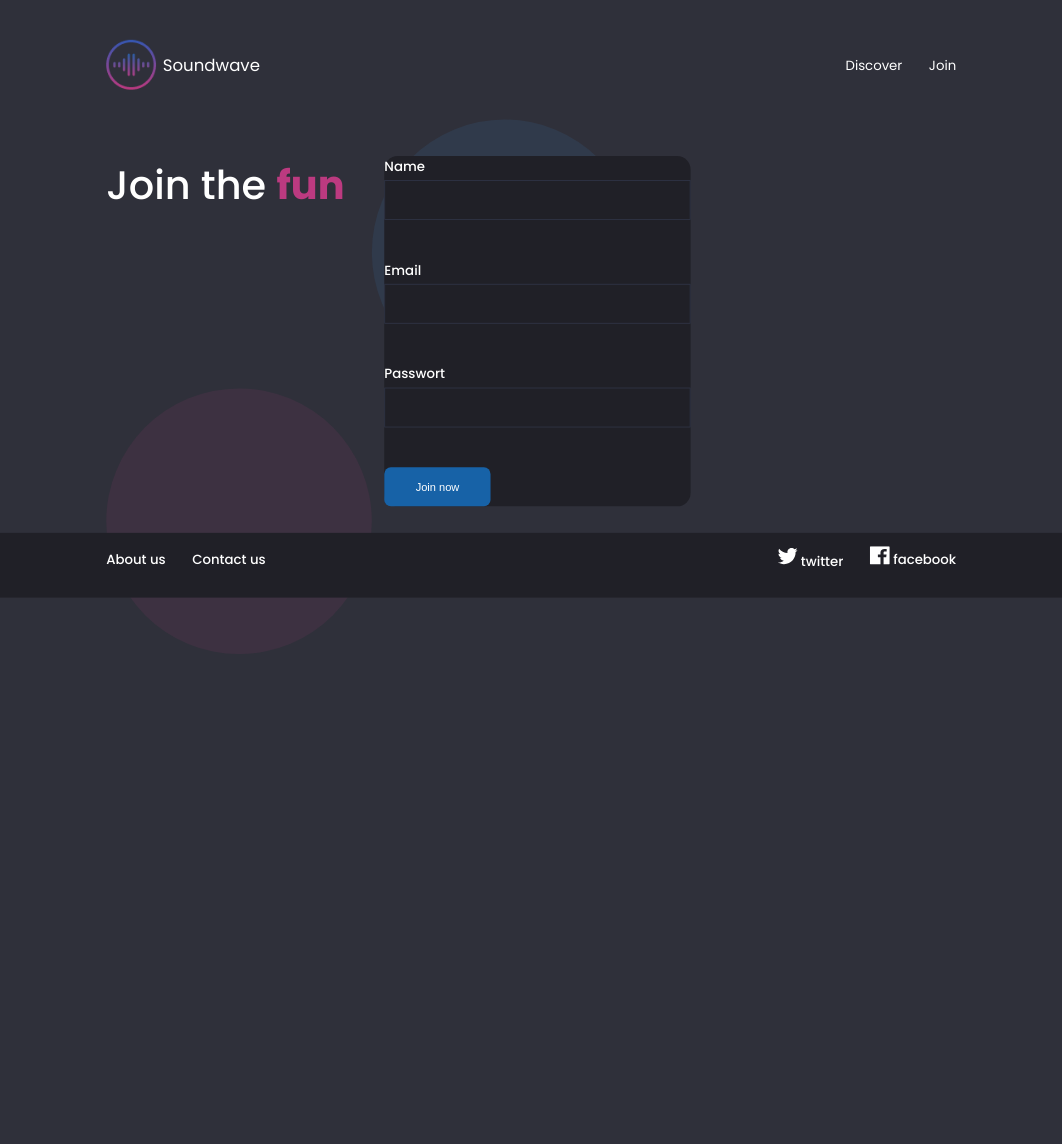
Repository: Hiiiij/soundwave
Page: pages/join.html
The author's editor kept a copy of each file at every save. The page is drawn from the files as they stood at one save, then again after the next save.
The browser window is 1280 px wide. The pictures show the whole page, at 83% of full size.

Above is the page before, as saved 2020-07-03 23:16:44.

### pages/join.html
<!DOCTYPE html>
<html lang="en">
  <head>
    <meta charset="UTF-8" />
    <meta name="viewport" content="width=device-width, initial-scale=1.0" />
    <link rel="stylesheet" href="../style.css" />
    <title>Soundwave</title>
  </head>

  <body class="main-container page-content">
    <header class="header container">
      <a href="/" class="logo">
        <img src="../assets/icons/logo.png" alt="logo-soundwave" />
        <span class="logotype">Soundwave</span>
      </a>
      <nav class="header-nav">
        <ul>
          <li>
            <a href="/pages/discover.html">Discover</a>
          </li>
          <li>
            <a href="/pages/join.html">Join</a>
          </li>
        </ul>
      </nav>
    </header>
    <section class="join container">
      <div class="left-section">
          <h1 class="title">Join the <span class="fun">fun</span> </h1>
      </div>
      <div class="right-section">
        <form class="form">

             <label for="name">Name</label>
             <input type="text" name="name" id="name"/>


             <label for="email">Email</label>
             <input type="email" name="email" id="email" />


             <label for="password">Passwort</label>
             <input type="password" name="passwort" id="passwort" />

           <div class="btn-container">
          <button class="button-primary" type="submit">Join now</button>
          </div>
          </form>
        </form>
        </div>
    </section>
     <span class="pink joy"></span>
      <span class="blue joy"></span>



    <footer class="footer-nav">
      <div class="main-container container">
        <nav class="footer">
          <ul class="footer-navigation">
            <li><a href="about.html">About us</a></li>
            <li><a href="contact.html">Contact us</a></li>
          </ul>
          <ul class="social-links">
            <li>
              <a href="#" class="link">
                <svg
                  width="24"
                  height="24"
                  viewBox="0 0 24 24"
                  fill="none"
                  xmlns="http://www.w3.org/2000/svg"
                >
                  <g clip-path="url(#clip0)">
                    <path
                      d="M24 4.55705C23.117 4.94905 22.168 5.21305 21.172 5.33205C22.189 4.72305 22.97 3.75805 23.337 2.60805C22.386 3.17205 21.332 3.58205 20.21 3.80305C19.313 2.84605 18.032 2.24805 16.616 2.24805C13.437 2.24805 11.101 5.21405 11.819 8.29305C7.728 8.08805 4.1 6.12805 1.671 3.14905C0.381 5.36205 1.002 8.25705 3.194 9.72305C2.388 9.69705 1.628 9.47605 0.965 9.10705C0.911 11.388 2.546 13.522 4.914 13.997C4.221 14.185 3.462 14.229 2.69 14.081C3.316 16.037 5.134 17.46 7.29 17.5C5.22 19.123 2.612 19.848 0 19.54C2.179 20.937 4.768 21.752 7.548 21.752C16.69 21.752 21.855 14.031 21.543 7.10605C22.505 6.41105 23.34 5.54405 24 4.55705Z"
                      class="social-links"
                    />
                  </g>
                  <defs>
                    <clipPath id="clip0">
                      <rect width="24" height="24" class="social-icons" />
                    </clipPath>
                  </defs>
                </svg>
                twitter
              </a>
            </li>
            <li>
              <a href="#" class="link">
                <svg
                  width="24"
                  height="22"
                  viewBox="0 0 24 22"
                  fill="none"
                  xmlns="http://www.w3.org/2000/svg">

                  <g clip-path="url(#clip0)">
                    <path
                      class="social-links"
                      d="M22.675 0H1.325C0.593 0 0 0.543583 0 1.21458V20.7863C0 21.4564 0.593 22 1.325 22H12.82V13.4805H9.692V10.1603H12.82V7.71192C12.82 4.87025 14.713 3.32292 17.479 3.32292C18.804 3.32292 19.942 3.41367 20.274 3.454V6.424L18.356 6.42492C16.852 6.42492 16.561 7.08033 16.561 8.041V10.1613H20.148L19.681 13.4814H16.561V22H22.677C23.407 22 24 21.4564 24 20.7854V1.21458C24 0.543583 23.407 0 22.675 0V0Z"
                    />
                  </g>
                  <defs>
                    <clipPath id="clip0">
                      <rect width="24" height="22" class="social-links" />
                    </clipPath>
                  </defs>
                </svg>
                facebook
              </a>
            </li>
          </ul>
        </nav>
      </div>
    </footer>
  </body>
</html>

### style.css
@import url("https://fonts.googleapis.com/css?family=Poppins:400,500,700");

*,
*::before,
*::after {
  box-sizing: border-box;
}

:root {
  /* colors  */
  --main-bg-color: #2f303a;
  --pink-circle: rgb(188, 58, 128);
  --blue-circle: #2f3446;
  --footer-bg: #202027;
  --primary-link-hover: #a07fe8;
  --button-primary: #1762a7;
  --button-hover: #3a90e1;
  --accent-text: #bc3a80;
  --primary-text: #ffffff;
  --link-hover: #ffb515;

  /* typography */
  --h4-font-size: 1rem;
  --h1-font-size: 3rem;
  --h2-font-size: 1.5rem;
   --extrabig-font-size:5rem;
  --logo-font-size: 1.25rem;
  --btn-text: 0.75rem;
  --font-bold: 500;
  --font-extra-bold:700;

  /* breakpoitns */
  --xs-breakpoint: 0px;
  --sm-breakpoint: 600px;
  --md-breakpoint: 960px;
  --lg-breakpoint: 1280px;
  --xl-breakpoint: 1920px;
}

/* General styles */
body {
  padding: 0;
  margin: 0;
  font-family: "Poppins", sans-serif;
  background-color: var(--main-bg-color);
  color: var(--primary-text);
  font-size: var(--h4-font-size);
  min-height: 100vh;
  overflow: hidden;
}

.page-content {
  display: flex;
  flex-direction: column;
  justify-content: space-between;
}
.main-container {
  height: 100vh;
  /* width:100vw; */
}

.container {
  width: 80vw;
  margin: 0 auto;
}

.header,
.footer {
  display: flex;
  justify-content: space-between;
  align-items: center;

}
.header {
  padding: 3rem 0;
}

.logo {
  display: flex;
  align-items: center;
  color: inherit;
  font-size: var(--h3-font-size);
  text-decoration: none;
}

.logotype {
  margin-left: 0.5rem;
  font-size: var(--logo-font-size);
}

.header-nav ul,
.footer-nav ul {
  display: flex;
  list-style: none;
  margin: 0;
  padding: 0;

}
.footer-navigation  li{
  text-align: center;
}

.header-nav > ul > li:not(:last-child) {
  margin-right: 2rem;
}

.header-nav a,
.footer-nav a {
  text-decoration: none;
  color: inherit;

}

.header-nav a:hover {
  color: var(--link-hover);
}


.title {
  font-weight: var(--font-bold);
  font-size: var(--h1-font-size);
  margin-bottom: 0;
  margin-top: 0;
}

.subt {
  font-weight: var(--font-bold);
  font-size: var(--h2-font-size);
  margin-top: 0.75rem;
  margin-bottom: 3rem;
}

.button-primary {
  border: 0;
  padding-top: 1rem;
  padding-bottom: 1rem;
  width: 8rem;
  display: inline-block;
  border-radius: 0.5rem;
  background-color: var(--button-primary);
  text-align: center;
  color: var(--primary-text);
  text-decoration: none;
}

.home {
  flex: 1;
}

.home,
.discover {
  display: flex;
}

.home .img-wrapper {
  display: flex;
  flex-grow: 1;
  flex-direction: column;
  align-items: stretch;
  justify-content: flex-end;
}

.img {
  background-image: url(./assets/images/landing-page-girl.png);
  background-repeat: no-repeat;
  flex-grow: 1;
  /* max-height:80vh;  */
  min-width: 40vw;
  min-height: 60vh;
  max-width: 515px;
  z-index: 2;
  background-size: 80%;
  background-position: 0 bottom;

  background-position: 0 bottom;
  align-items: center;
  justify-content: flex-end;
}

.home .heading {
  display: flex;
  flex-direction: column;
  align-items: flex-start;
  align-self: center;
}

@media (max-width: 900px) {
  .home .img-wrapper .img {
    display: none;
  }
  .home {
    justify-content: center;
    align-items: center;
  }

  .home .heading {
    align-items: center;
  }
  .discover{
    display: flex;
    flex-direction: column;
    align-items: center;
    justify-content: center;
  }
  .left-section
  .image-section .cover{
    display:flex;
    flex-direction: column;
    justify-content: center;
    max-width: 80%;
    margin-top:1.5rem;
  }

}

.blue,
.pink,
.half-blue {
  border-radius: 50%;
  opacity: 0.1;
  display: block;
  position: absolute;
  z-index: -1;
  height: 25vw;
  width: 25vw;
}

.blue {
  background-color: var(--button-hover);
  top: 20%;
  left: 35%;
}

.pink {
  background-color: var(--accent-text);
  top: 65%;
  left: 10%;
}

.half-blue {
  height: 40vw;
  width: 40vw;
  right: 0;
  bottom: 0;

  overflow: hidden;
  border-radius: 0;
}
span .pink .joy{
width: 70vw;
height: 70vw;
}

.home .half-blue::before {
  content: "";
  position: absolute;
  bottom: 0;
  right: 0;
  width: 100%;
  height: 100%;
  border-radius: 50%;
  transform: translate(40%, 40%);
  background-color: var(--button-hover);
}

.footer-nav {
  padding: 1rem 0;
  background-color: var(--footer-bg);
  font-weight: var(--font-bold);
  max-height: 78px;
}

.footer > ul > li:not(:last-child) {
  margin-right: 2rem;
}

.footer .social-links {
  fill: var(--primary-text);
  /* align-items: center; */
}
.footer-navigation a:hover, .footer-navigation a:focus, .footer-navigation a:active  {
  color: var(--link-hover);
}

.social-links a:hover, .social-links a:focus, .social-links a:active {
  color: var(--button-hover);
}
.footer a:hover .social-links {
  fill: var(--button-hover);
}

/* section Discover*/

.discover {
  max-width: 80vw;
  margin: 0 auto;
}

.image-section {
  margin-left: 4rem;
  min-width: 200px;

}

.cover {
  width: 100%;
}

.icon {
  max-width: 2rem;

}

.icon-description {
  margin-top: 1rem;
  margin-bottom: 0;
  min-width: 75px;
  text-align: center;
}

.icons-grid {
  display: flex;
  flex-direction: row;
  margin-top: 3rem;
  margin-bottom: 3rem;

}

.icon-grid-item {
  background-color: var(--footer-bg);
  display: flex;
  flex-direction: column;
  justify-content: center;
  align-items: center;
  padding: 1rem;
  border-radius: 0.5rem;
}

.icon-grid-item:not(:last-child) {
  margin-right: 2rem;
}
.subt {
  margin-top: 3rem;
}


/*section join*/
.join {
  display:flex;
  justify-content: space-between;
  /* align-items: center; */
}
.join left-section{
  flex-grow: 1;
}

.join left-section .title{
 font-weight: var(--font-extra-bold);
 font-size:var(--extrabig-font-size);

}
.left-section .fun{
  color: var(--accent-text);
  font-weight: var(--font-extra-bold);
}

.right-section{
 flex-direction: column;
  flex-grow: 1;
   align-items: center;

}

.form{
  display: flex;
  flex-direction: column;
  /* justify-content: flex-end; */

  background-color: var(--footer-bg);

  width:50vw;
  max-width: 50%;
  min-width: 40%;
  margin-left: 3rem;
  border-radius: 1rem;

}

label{
  margin-bottom: .25rem;
  font-weight: var(--font-bold);
}
input{
margin-bottom: 3rem;
height: 3rem;
background: none;
outline: none;
border:1px solid var(--blue-circle);
font-size: var(--primary-text);
padding:.5rem ;
color:inherit;
}

input:focus{
  border-color: var(--accent-text)
}
/* .pink-join{
transform:60px;

}
.blue-join{

} */

After the next save:
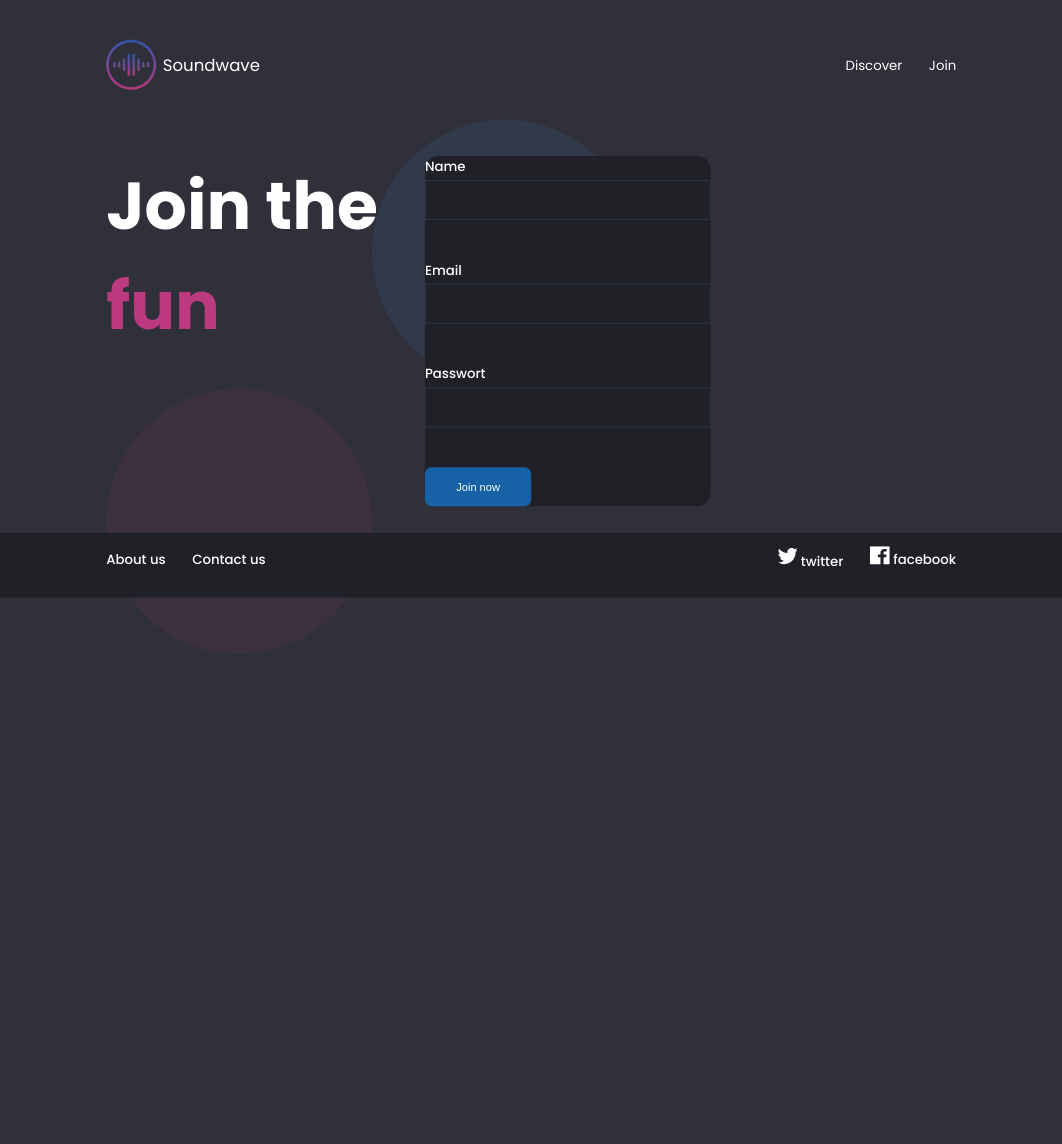
Saved 22 s later.
--- a/style.css
+++ b/style.css
@@ -354,7 +354,7 @@ height: 70vw;
   flex-grow: 1;
 }
 
-.join left-section .title{
+.join  .title{
  font-weight: var(--font-extra-bold);
  font-size:var(--extrabig-font-size);
 
